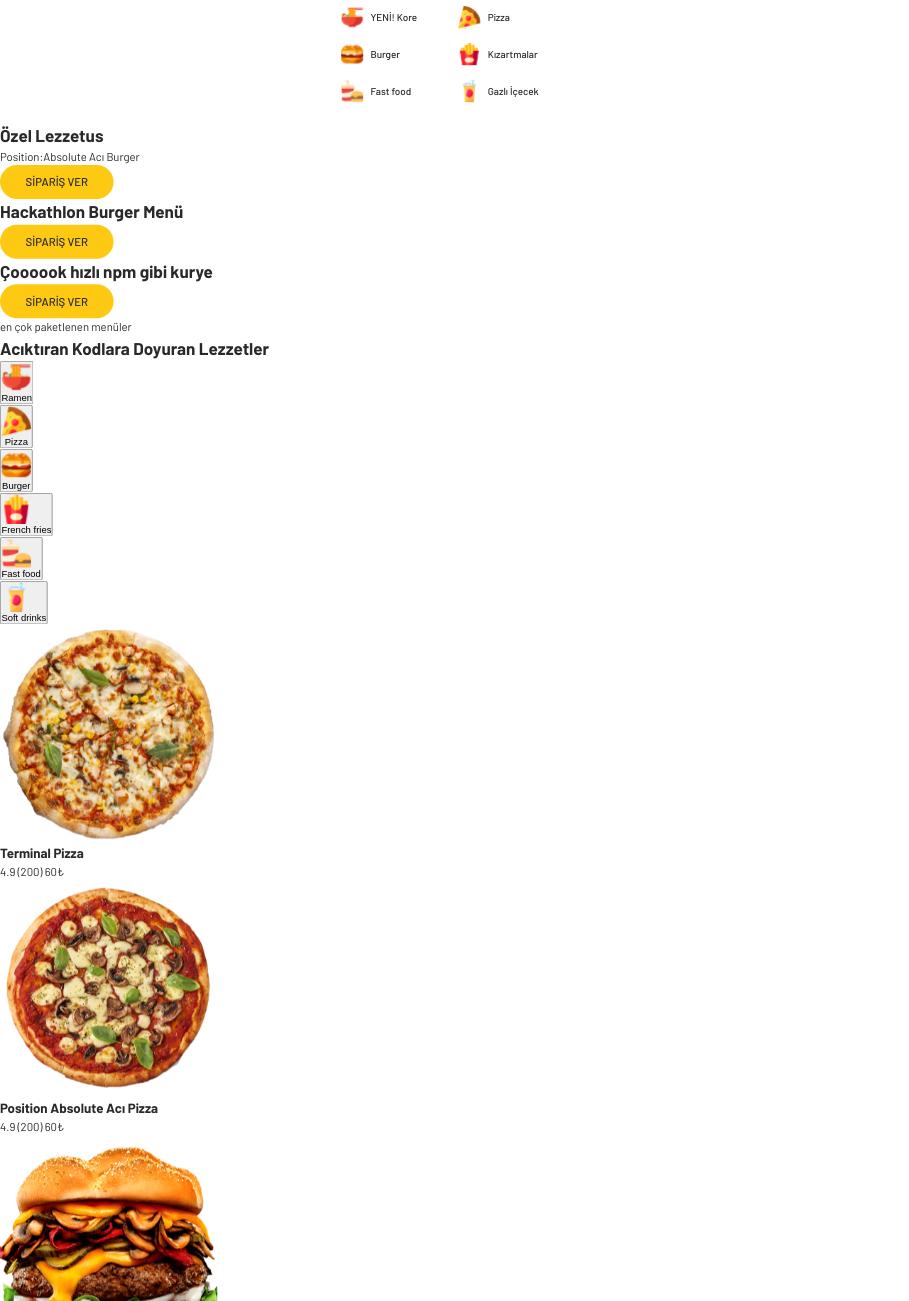
Repository: GozdeAybey/Pizza-HTML-CSS
Page: index.html
An editor plug-in stored every save of this project. The page is shown before and after the next save, followed by the edit.
The browser window is 1280 px wide. The pictures show the part of the page from y = 737 to 2570 px (the page is 3970 px tall before and 3866 px after), at 71% of full size.
A picture or video elsewhere on the page could not be fetched, so the positions and the page height are approximate. Some web fonts or font styles are not loaded; a fallback is used.

Above is the page before, as saved 2026-10-26 22:23:18.

After the next save:
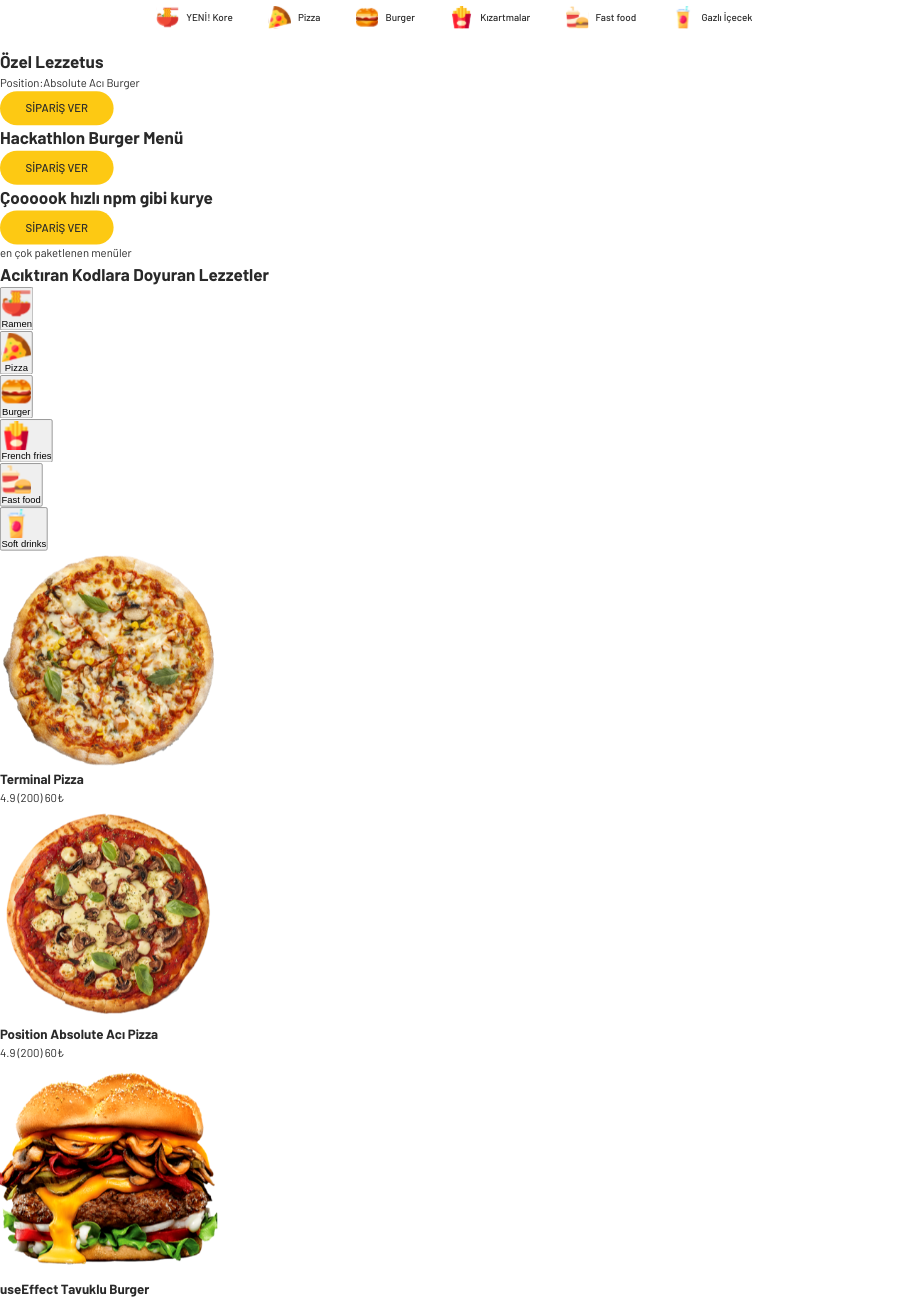
Saved 86 s later.
--- a/style.css
+++ b/style.css
@@ -113,6 +113,12 @@ a {
 .kategoriler img {
   width: 32px;
 }
+.kategoriler ul {
+  display: flex;
+  justify-content: center;
+  gap: 50px;
+  max-width: none;
+}
 /* ---------- Geniş ekran ---------- */
 @media (min-width: 768px) {
   .kapak {
